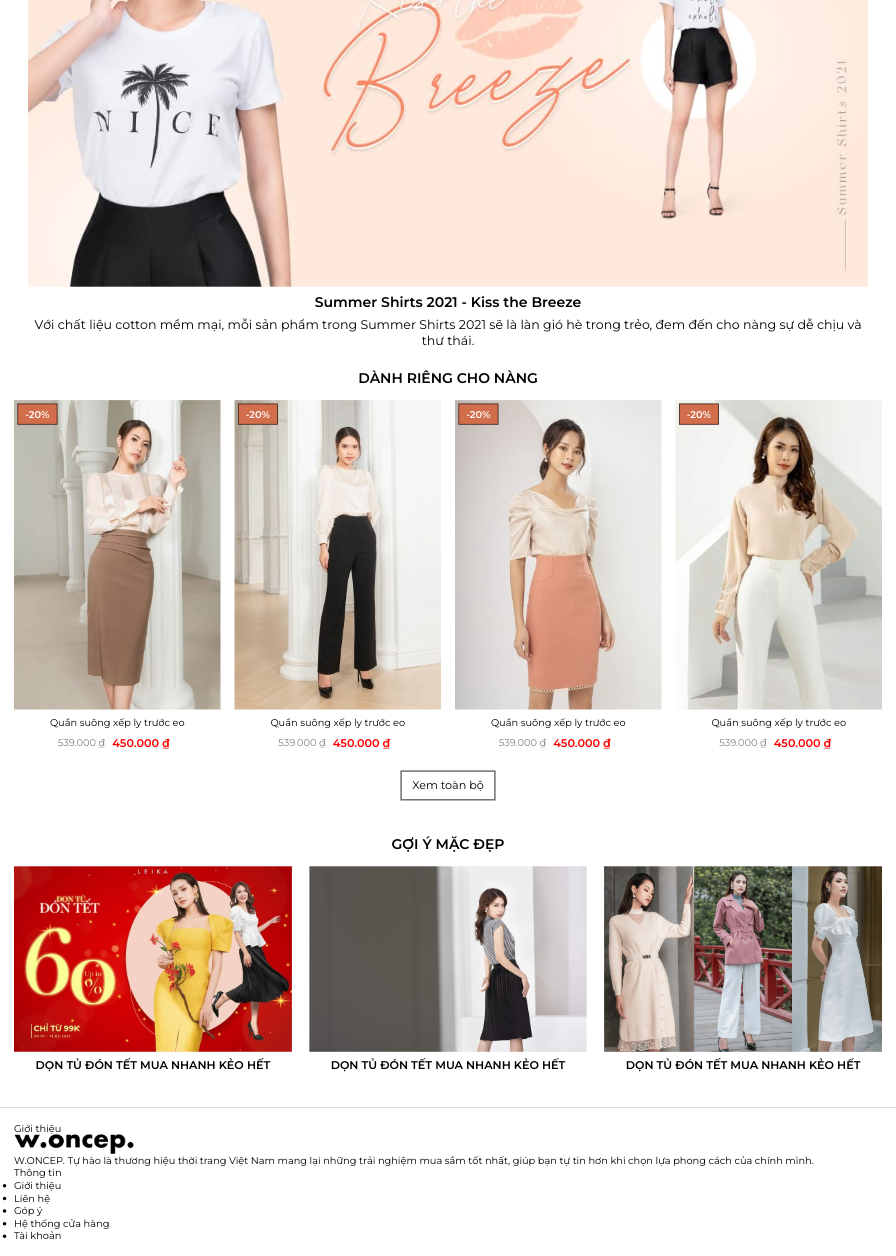
Repository: Nguyenductuan-dev/bt_j2team
Page: index.html
An editor plug-in stored every save of this project. The page is shown before and after the next save, followed by the edit.
The browser window is 1280 px wide. The pictures show the part of the page from y = 2172 to 4092 px (the page is 3966 px tall before and 4092 px after), at 70% of full size.

Above is the page before, as saved 2021-12-12 17:38:29.

### index.html
<!DOCTYPE html>
<html lang="en">
<head>
    <meta charset="UTF-8">
    <meta http-equiv="X-UA-Compatible" content="IE=edge">
    <meta name="viewport" content="width=device-width, initial-scale=1.0">
    <link rel="stylesheet" href="css/style.css">
    <link rel="stylesheet" href="./fonts/fontawesome-free-5.15.3-web/css/all.min.css">

    <link rel="preconnect" href="https://fonts.googleapis.com">
    <link rel="preconnect" href="https://fonts.gstatic.com" crossorigin>
    <link href="https://fonts.googleapis.com/css2?family=Montserrat:ital,wght@0,200;0,300;0,400;0,500;0,600;0,700;1,600&display=swap" rel="stylesheet">
    <title>Document</title>
</head>
<body>

    <div class="wrapper">

        <!-- HEADER -->
        <div class="header">

            <div class="header__logo">
                <a class="header__logo_link" href="">
                    <img class="header__logo_img" src="./images/logo.png" alt="">
                </a>
            </div>

            <nav class="header__navbar">
                <ul class="header__navbar_list">
                    <li class="header__navbar_item">
                        <a href="" class="header__navbar_link">Trang chủ</a>
                    </li>
                    <li class="header__navbar_item">
                        <a href="" class="header__navbar_link">Sản phẩm</a>
                    </li>
                    <li class="header__navbar_item">
                        <a href="" class="header__navbar_link">Khuyến mại</a>
                    </li>
                    <li class="header__navbar_item">
                        <a href="" class="header__navbar_link">Tin tức</a>
                    </li>
                    <li class="header__navbar_item">
                        <a href="" class="header__navbar_link">hệ thống cửa hàng</a>
                    </li>
                </ul>
            </nav>

            <div class="header__right">
                <div class="header__search">
                    <i class="fas fa-search header__search-icon"></i>
                </div>

                <div class="header__user">
                    <i class="fas fa-user header__user-icon"></i>
                </div>

                <div class="header__cart">
                    <div class="header__cart_price">
                        0 ₫
                    </div>
                    <div class="header__cart">
                        <i class="fas fa-shopping-cart header__cart_icon"></i>
                    </div>
                </div>
            </div>

        </div>

        <!-- CONTAINER -->
        <div class="container">

            <div class="banner">
                <div class="banner__link">
                    <img src="./images/banner.jpg" alt="" class="banner__img">
                </div>
            </div>
            <!-- Product -->
            <div class="home__product">
                <div class="home__product-heading">
                    <h3 class="home__product-heading-title">
                        TOP SẢN PHẨM MỚI
                    </h3>
                    <p class="home__product-heading-description">
                        Cô nàng hiện đại không thể bỏ lỡ
                    </p>
                </div>
                <div class="home__product-list">
                    <div class="home__product-item">
                        <a href="" class="home__product-item__link">
                            <img src="./images/product1.jpg" alt="" class="home__product-item__img">
                        </a>

                        <a href="">
                            <h3 class="home__product-item__title">
                                Quần suông xếp ly trước eo
                            </h3>
                        </a>
                        <div class="home__product-item__price">
                            <span class="home-product-item__price-old">539.000 ₫</span>
                            <span class="home-product-item__price-current">450.000 ₫</span>
                        </div>

                        <div class="home-product-item__sale-off">
                            <span>-20%</span>
                        </div>

                    </div>
                    <div class="home__product-item">
                        <a href="" class="home__product-item__link">
                            <img src="./images/product2.jpg" alt="" class="home__product-item__img">
                        </a>

                        <a href="">
                            <h3 class="home__product-item__title">
                                Quần suông xếp ly trước eo
                            </h3>
                        </a>
                        <div class="home__product-item__price">
                            <span class="home-product-item__price-old">539.000 ₫</span>
                            <span class="home-product-item__price-current">450.000 ₫</span>
                        </div>

                        <div class="home-product-item__sale-off">
                            <span>-20%</span>
                        </div>

                    </div>
                    <div class="home__product-item">
                        <a href="" class="home__product-item__link">
                            <img src="./images/product3.jpg" alt="" class="home__product-item__img">
                        </a>

                        <a href="">
                            <h3 class="home__product-item__title">
                                Quần suông xếp ly trước eo
                            </h3>
                        </a>
                        <div class="home__product-item__price">
                            <span class="home-product-item__price-old">539.000 ₫</span>
                            <span class="home-product-item__price-current">450.000 ₫</span>
                        </div>

                        <div class="home-product-item__sale-off">
                            <span>-20%</span>
                        </div>

                    </div>
                    <div class="home__product-item">
                        <a href="" class="home__product-item__link">
                            <img src="./images/product4.jpg" alt="" class="home__product-item__img">
                        </a>

                        <a href="">
                            <h3 class="home__product-item__title">
                                Quần suông xếp ly trước eo
                            </h3>
                        </a>
                        <div class="home__product-item__price">
                            <span class="home-product-item__price-old">539.000 ₫</span>
                            <span class="home-product-item__price-current">450.000 ₫</span>
                        </div>

                        <div class="home-product-item__sale-off">
                            <span>-20%</span>
                        </div>
                    </div>
                </div>

                <div class="home__product-total">
                    <a href="" class="home__product-total-link">Xem toàn bộ</a>
                </div>
            </div>

            <!-- Catalogue -->
            <div class="home__catalogue">
                <h3 class="home__catalogue-heading">
                    NHÓM SẢN PHẨM ĐƯỢC QUAN TÂM NHẤT
                </h3>

                <div class="home__catalogue-list">
                    <div class="home__catalogue-item">
                        <a class="home__catalogue-link" href="">
                            <img class="home__catalogue-img" src="./images/catalogue1.jpg" alt="">
                            <h3 class="home__catalogue-title">Áo</h3>
                            <p class="home__catalogue-quantily">4 sản phẩm</p>
                        </a>
                    </div>
                    <div class="home__catalogue-item">
                        <a class="home__catalogue-link" href="">
                            <img class="home__catalogue-img" src="./images/catalogue2.jpg" alt="">
                            <h3 class="home__catalogue-title">Đầm</h3>
                            <p class="home__catalogue-quantily">4 sản phẩm</p>
                        </a>
                    </div>
                    <div class="home__catalogue-item">
                        <a class="home__catalogue-link" href="">
                            <img class="home__catalogue-img" src="./images/catalogue3.jpg" alt="">
                            <h3 class="home__catalogue-title">Chân váy</h3>
                            <p class="home__catalogue-quantily">4 sản phẩm</p>
                        </a>
                    </div>
                    <div class="home__catalogue-item">
                        <a class="home__catalogue-link" href="">
                            <img class="home__catalogue-img" src="./images/catalogue4.jpg" alt="">
                            <h3 class="home__catalogue-title">Quần</h3>
                            <p class="home__catalogue-quantily">4 sản phẩm</p>
                        </a>
                    </div>
                </div>
            </div>

            <!-- Collection -->
            <div class="home__collection">
                <h3 class="home__collection-heading">
                    Bộ sưu tập
                </h3>
                <a href="" class="home__collection-link">
                    <img src="./images/banner2.jpg" alt="" class="home__collection-img">
                    <h3 class="home__collection-title">
                        Summer Shirts 2021 - Kiss the Breeze
                    </h3>
                    <p class="home__collection-description">
                        Với chất liệu cotton mềm mại, mỗi sản phẩm trong Summer Shirts 2021 sẽ là làn gió hè trong trẻo,
                        đem đến cho nàng sự dễ chịu và thư thái.
                    </p>
                </a>
            </div>

            <!-- Product -->
            <div class="home__product">
                <div class="home__product-heading">
                    <h3 class="home__product-heading-title">
                        DÀNH RIÊNG CHO NÀNG
                    </h3>
                </div>
                <div class="home__product-list">
                    <div class="home__product-item">
                        <a href="" class="home__product-item__link">
                            <img src="./images/product1.jpg" alt="" class="home__product-item__img">
                        </a>

                        <a href="">
                            <h3 class="home__product-item__title">
                                Quần suông xếp ly trước eo
                            </h3>
                        </a>
                        <div class="home__product-item__price">
                            <span class="home-product-item__price-old">539.000 ₫</span>
                            <span class="home-product-item__price-current">450.000 ₫</span>
                        </div>

                        <div class="home-product-item__sale-off">
                            <span>-20%</span>
                        </div>

                    </div>
                    <div class="home__product-item">
                        <a href="" class="home__product-item__link">
                            <img src="./images/product2.jpg" alt="" class="home__product-item__img">
                        </a>

                        <a href="">
                            <h3 class="home__product-item__title">
                                Quần suông xếp ly trước eo
                            </h3>
                        </a>
                        <div class="home__product-item__price">
                            <span class="home-product-item__price-old">539.000 ₫</span>
                            <span class="home-product-item__price-current">450.000 ₫</span>
                        </div>

                        <div class="home-product-item__sale-off">
                            <span>-20%</span>
                        </div>

                    </div>
                    <div class="home__product-item">
                        <a href="" class="home__product-item__link">
                            <img src="./images/product3.jpg" alt="" class="home__product-item__img">
                        </a>

                        <a href="">
                            <h3 class="home__product-item__title">
                                Quần suông xếp ly trước eo
                            </h3>
                        </a>
                        <div class="home__product-item__price">
                            <span class="home-product-item__price-old">539.000 ₫</span>
                            <span class="home-product-item__price-current">450.000 ₫</span>
                        </div>

                        <div class="home-product-item__sale-off">
                            <span>-20%</span>
                        </div>

                    </div>
                    <div class="home__product-item">
                        <a href="" class="home__product-item__link">
                            <img src="./images/product4.jpg" alt="" class="home__product-item__img">
                        </a>

                        <a href="">
                            <h3 class="home__product-item__title">
                                Quần suông xếp ly trước eo
                            </h3>
                        </a>
                        <div class="home__product-item__price">
                            <span class="home-product-item__price-old">539.000 ₫</span>
                            <span class="home-product-item__price-current">450.000 ₫</span>
                        </div>

                        <div class="home-product-item__sale-off">
                            <span>-20%</span>
                        </div>
                    </div>
                </div>

                <div class="home__product-total">
                    <a href="" class="home__product-total-link">Xem toàn bộ</a>
                </div>
            </div>

            <!-- BLOG -->
            <div class="home__blog">

                <h3 class="home__blog-heading">
                    Gợi ý mặc đẹp
                </h3>

                <div class="home__blog-list">
                    <a href="" class="home__blog-item">
                        <img src="./images/blog1.jpg" alt="" class="home__blog-img">
                        <h3 class="home__blog-title">
                            DỌN TỦ ĐÓN TẾT MUA NHANH KẺO HẾT
                        </h3>
                    </a>
                    <a href="" class="home__blog-item">
                        <img src="./images/blog2.jpg" alt="" class="home__blog-img">
                        <h3 class="home__blog-title">
                            DỌN TỦ ĐÓN TẾT MUA NHANH KẺO HẾT
                        </h3>
                    </a>
                    <a href="" class="home__blog-item">
                        <img src="./images/blog2.png" alt="" class="home__blog-img">
                        <h3 class="home__blog-title">
                            DỌN TỦ ĐÓN TẾT MUA NHANH KẺO HẾT
                        </h3>
                    </a>
                </div>
            </div>
        </div>


        <!-- FOOTER -->
        <div class="footer">
            <div class="footer__introduce">
                <span class="footer__introduce-heading">
                    Giới thiệu
                </span>
                <div class="footer__introduce-content">
                    <img src="./images/logo.png" alt="" class="footer__introduce-logo">
                    <p class="footer__introduce-text">
                        W.ONCEP. Tự hào là thương hiệu thời trang Việt Nam mang lại những trải nghiệm mua sắm tốt nhất,
                        giúp bạn tự tin hơn khi chọn lựa phong cách của chính mình.
                    </p>
                </div>
            </div>

            <div class="foorter__navbar">
                <span class="foorter__navbar-heading">
                    Thông tin
                </span>
                <ul class="foorter__navbar-list">
                    <a href="" class="foorter__navbar-link">
                        <li class="foorter__navbar-item">Giới thiệu</li>
                    </a>
                    <a href="" class="foorter__navbar-link">
                        <li class="foorter__navbar-item">Liên hệ</li>
                    </a>
                    <a href="" class="foorter__navbar-link">
                        <li class="foorter__navbar-item">Góp ý</li>
                    </a>
                    <a href="" class="foorter__navbar-link">
                        <li class="foorter__navbar-item">Hệ thống cửa hàng</li>
                    </a>
                    <a href="" class="foorter__navbar-link">
                        <li class="foorter__navbar-item">Tài khoản</li>
                    </a>
                </ul>
            </div>

        </div>

    </div>


    <script src="javascript/main.js"></script>
</body>
</html>

Loaded but not shown: fonts/fontawesome-free-5.15.3-web/css/all.min.css (library); css/style.css (260 lines, source omitted); javascript/main.js (no stored copy; drawn as an empty file)

After the next save:
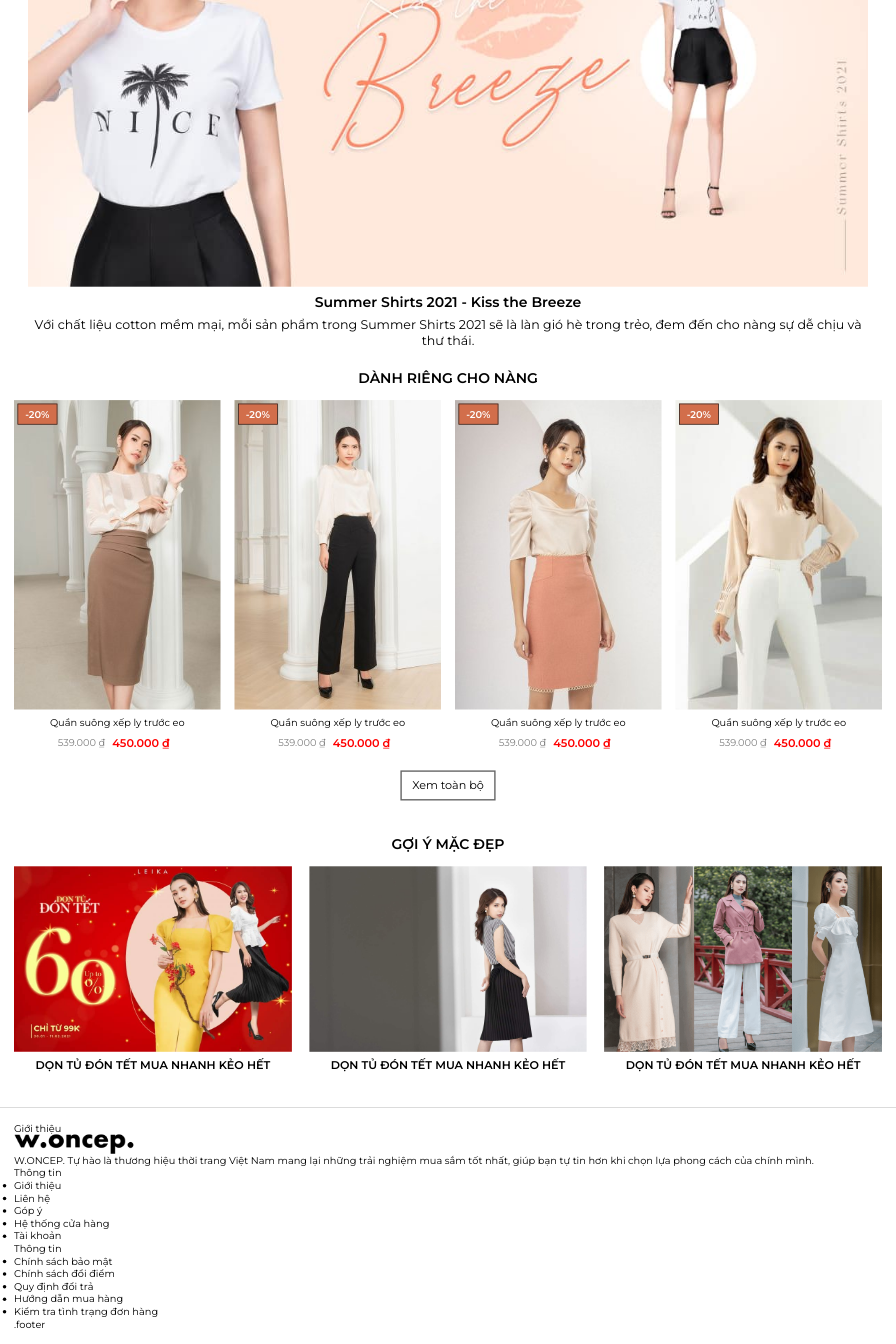
Saved 2 min 2 s later.
--- a/index.html
+++ b/index.html
@@ -366,28 +366,53 @@
                 </div>
             </div>
 
-            <div class="foorter__navbar">
-                <span class="foorter__navbar-heading">
+            <div class="footer__navbar">
+                <span class="footer__navbar-heading">
                     Thông tin
                 </span>
-                <ul class="foorter__navbar-list">
-                    <a href="" class="foorter__navbar-link">
-                        <li class="foorter__navbar-item">Giới thiệu</li>
-                    </a>
-                    <a href="" class="foorter__navbar-link">
-                        <li class="foorter__navbar-item">Liên hệ</li>
-                    </a>
-                    <a href="" class="foorter__navbar-link">
-                        <li class="foorter__navbar-item">Góp ý</li>
-                    </a>
-                    <a href="" class="foorter__navbar-link">
-                        <li class="foorter__navbar-item">Hệ thống cửa hàng</li>
-                    </a>
-                    <a href="" class="foorter__navbar-link">
-                        <li class="foorter__navbar-item">Tài khoản</li>
+                <ul class="footer__navbar-list">
+                    <a href="" class="footer__navbar-link">
+                        <li class="footer__navbar-item">Giới thiệu</li>
+                    </a>
+                    <a href="" class="footer__navbar-link">
+                        <li class="footer__navbar-item">Liên hệ</li>
+                    </a>
+                    <a href="" class="footer__navbar-link">
+                        <li class="footer__navbar-item">Góp ý</li>
+                    </a>
+                    <a href="" class="footer__navbar-link">
+                        <li class="footer__navbar-item">Hệ thống cửa hàng</li>
+                    </a>
+                    <a href="" class="footer__navbar-link">
+                        <li class="footer__navbar-item">Tài khoản</li>
                     </a>
                 </ul>
             </div>
+
+            <div class="footer__navbar">
+                <span class="footer__navbar-heading">
+                    Thông tin
+                </span>
+                <ul class="footer__navbar-list">
+                    <a href="" class="footer__navbar-link">
+                        <li class="footer__navbar-item">Chính sách bảo mật</li>
+                    </a>
+                    <a href="" class="footer__navbar-link">
+                        <li class="footer__navbar-item">Chính sách đổi điểm</li>
+                    </a>
+                    <a href="" class="footer__navbar-link">
+                        <li class="footer__navbar-item">Quy định đổi trả</li>
+                    </a>
+                    <a href="" class="footer__navbar-link">
+                        <li class="footer__navbar-item">Hướng dẫn mua hàng</li>
+                    </a>
+                    <a href="" class="footer__navbar-link">
+                        <li class="footer__navbar-item">Kiểm tra tình trạng đơn hàng</li>
+                    </a>
+                </ul>
+            </div>
+
+            .footer
 
         </div>
 
